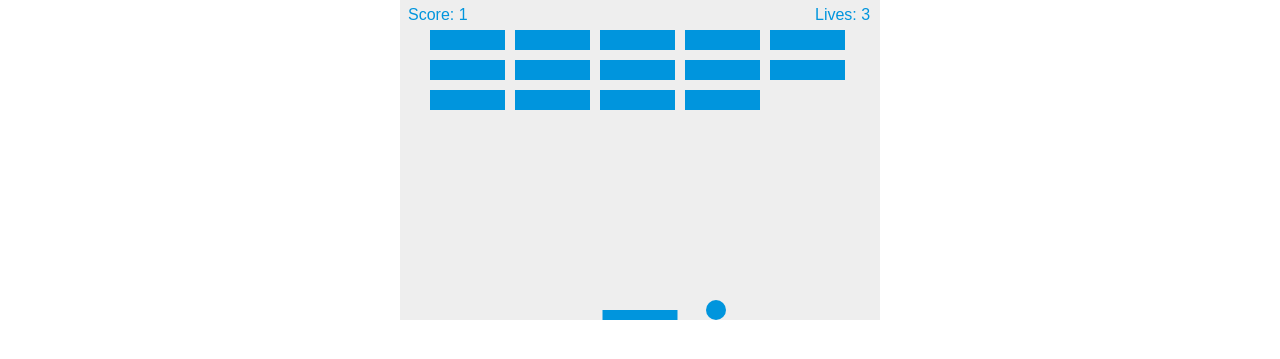
Repository: MartialBlot/CasseBrique-Full-JS
Page: index.html
An editor plug-in stored every save of this project. The page is shown before and after a run of saves, followed by the edit.
The browser window is 1280 px wide. The pictures show the whole page.

Above is the page before, as saved 2019-03-26 17:46:37.

After the next 2 saves:
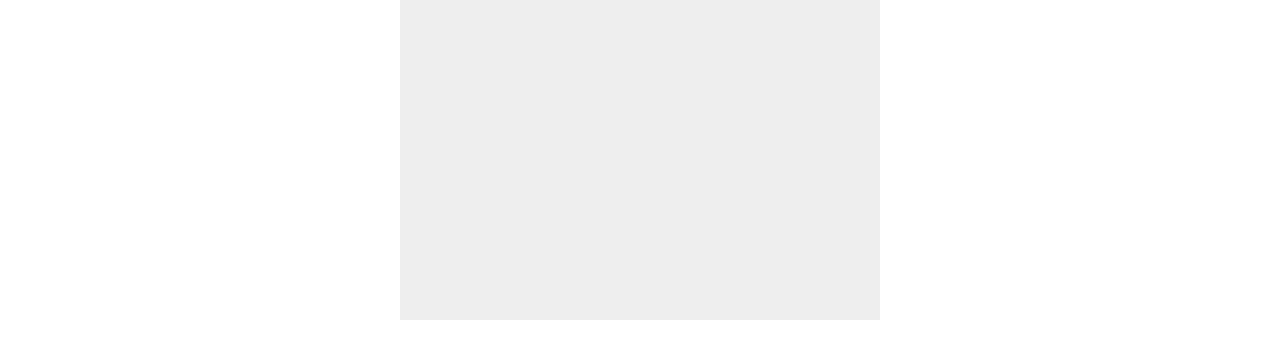
Console error: SyntaxError: Unexpected end of input
The 2 saves are shown as one change because they came seconds apart.
The last was saved 70 s later.
--- a/index.html
+++ b/index.html
@@ -152,32 +152,40 @@
                         dy = -dy;
                     }
                     else {
-                        alert("GAME OVER");
-                        document.location.reload();
-                        clearInterval(interval);
+                        lives--;
+                        if(!lives) {
+                            alert("GAME OVER");
+                            document.location.reload();
+                        }
+                        else {
+                            x = canvas.width/2;
+                            y = canvas.height-30;
+                            dx = 3;
+                            dy = -3;
+                            paddleX = (canvas.width-paddleWidth)/2;
+                        }
                     }
+
+                    if(rightPressed && paddleX < canvas.width-paddleWidth) {
+                        paddleX += 7;
+                    }
+                    else if(leftPressed && paddleX > 0) {
+                        paddleX -= 7;
+                    }
+
+                    x += dx;
+                    y += dy;
                 }
 
-                if(rightPressed && paddleX < canvas.width-paddleWidth) {
-                    paddleX += 7;
-                }
-                else if(leftPressed && paddleX > 0) {
-                    paddleX -= 7;
-                }
+                let interval = setInterval(draw, 10);
 
-                x += dx;
-                y += dy;
-            }
+                //balle
+                // ctx.beginPath();
+                // ctx.arc(50, 50, 10, 0, Math.PI*2);
+                // ctx.fillStyle = "#0095DD";
+                // ctx.fill();
+                // ctx.closePath();
+            </script>
 
-            let interval = setInterval(draw, 10);
-
-            //balle
-            // ctx.beginPath();
-            // ctx.arc(50, 50, 10, 0, Math.PI*2);
-            // ctx.fillStyle = "#0095DD";
-            // ctx.fill();
-            // ctx.closePath();
-        </script>
-
-    </body>
-    </html>
+        </body>
+        </html>

After the save that followed:
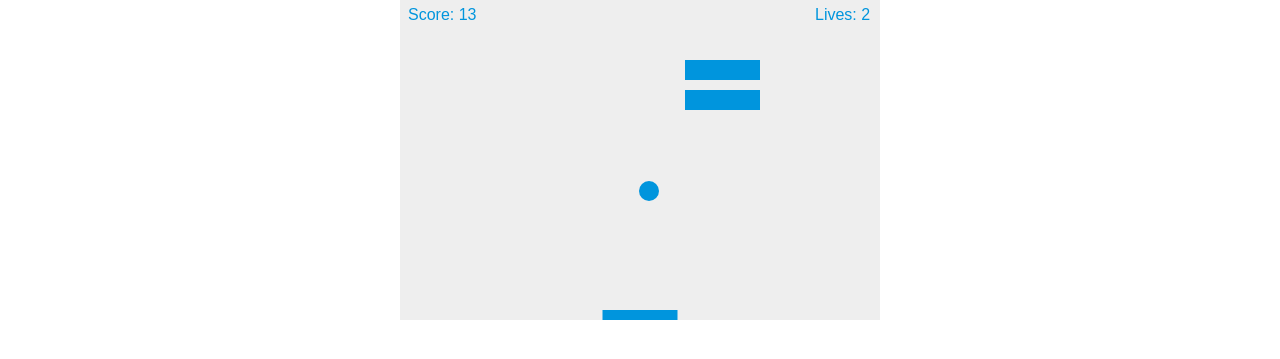
The error is gone.
Saved 97 s later.
--- a/index.html
+++ b/index.html
@@ -165,6 +165,7 @@
                             paddleX = (canvas.width-paddleWidth)/2;
                         }
                     }
+                }
 
                     if(rightPressed && paddleX < canvas.width-paddleWidth) {
                         paddleX += 7;
